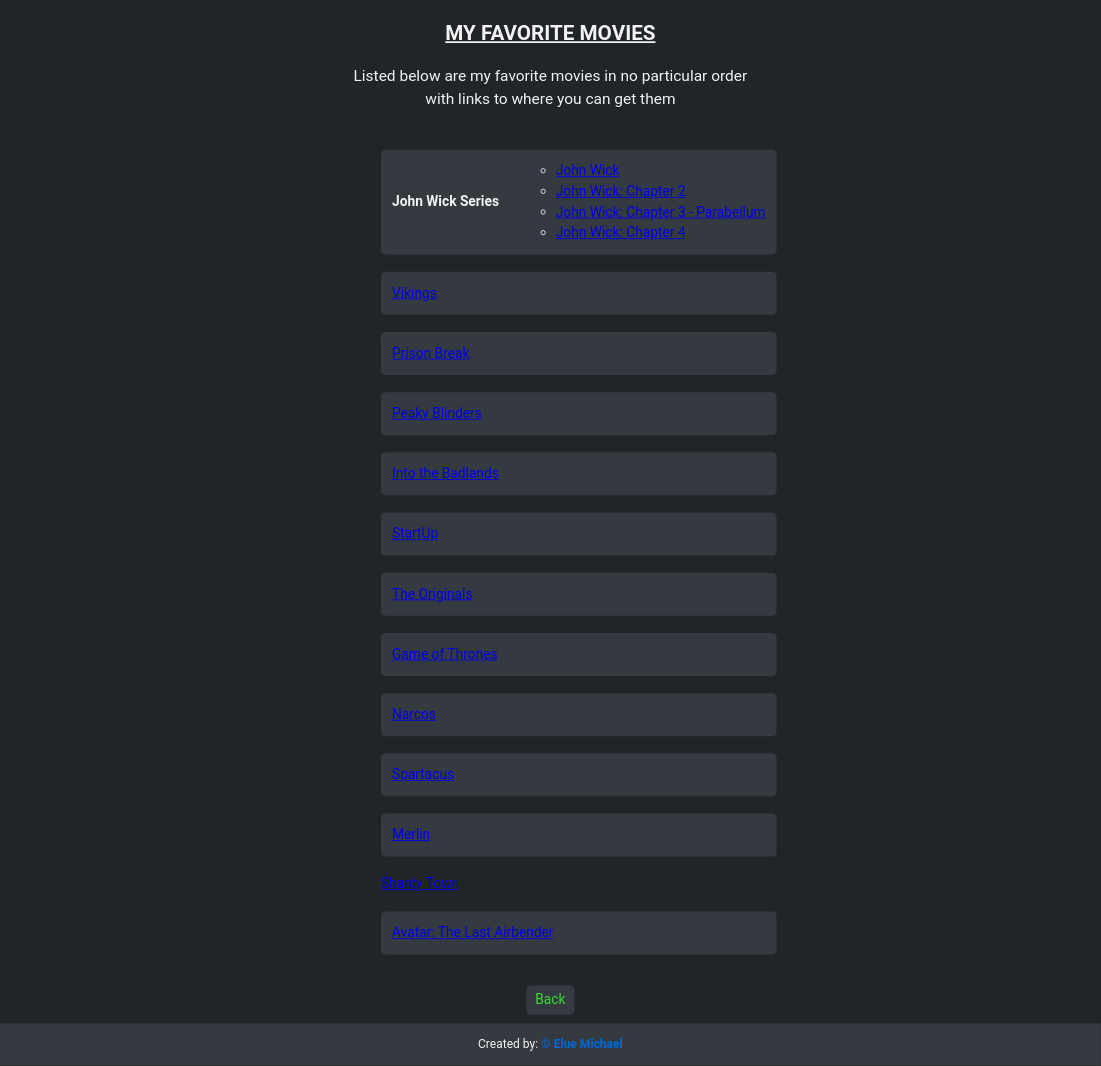
Repository: MikkyPrestige/html-website
Page: pages/movies.html
These files come from the project's save history. The page is drawn as it stood at one moment and after the next save; the edit follows.
The browser window is 1280 px wide. The pictures show the whole page, at 86% of full size.

Above is the page before, as saved 2023-04-29 13:58:48.

### pages/movies.html
<!DOCTYPE html>
<html lang="en">

<head>
  <meta charset="UTF-8">
  <meta http-equiv="X-UA-Compatible" content="IE=edge">
  <meta name="viewport" content="width=device-width, initial-scale=1.0">
  <title>Movies</title>
  <link rel="stylesheet" href="../index.css">
</head>

<body>
  <main class="main">
    <section class="section">
      <div class="fav">
        <h1 class="fav-heading"><u>My Favorite Movies</u></h1>
        <p class="fav-subheading">Listed below are my favorite movies in no particular order with links to where you can
          get them</p>
      </div>
      <ul class="movie-lists">
        <li class="movie-list"><strong>John Wick Series</strong>
          <ul class="list--lists">
            <li class="lists-item">
              <a href="https://www.imdb.com/title/tt2911666/?ref_=fn_al_tt_2" target="_blank" class="movie-link">John
                Wick</a>
            </li>
            <li class="lists-item">
              <a href="https://www.imdb.com/title/tt4425200/?ref_=fn_al_tt_3" target="_blank" class="movie-link">John
                Wick: Chapter 2</a>
            </li>
            <li class="lists-item">
              <a href="https://www.imdb.com/title/tt6146586/?ref_=fn_al_tt_4" target="_blank" class="movie-link">John
                Wick: Chapter 3 -
                Parabellum</a>
            </li>
            <li class="lists-item">
              <a href="https://www.imdb.com/title/tt10366206/?ref_=fn_al_tt_1" target="_blank" class="movie-link">John
                Wick: Chapter 4</a>
            </li>
          </ul>
        </li>
        <li class="movie-list">
          <a href="https://www.imdb.com/title/tt4620502/?ref_=ttpl_ov" target="_blank" class="movie-link">Vikings</a>
        </li>
        <li class="movie-list">
          <a href="https://www.imdb.com/title/tt0455275/?ref_=fn_al_tt_1" target="_blank" class="movie-link">Prison
            Break</a>
        </li>
        <li class="movie-list">
          <a href="https://www.imdb.com/title/tt2442560/?ref_=tt_sims_tt_i_1" target="_blank" class="movie-link">Peaky
            Blinders</a>
        </li>
        <li class="movie-list">
          <a href="https://www.imdb.com/title/tt3865236/?ref_=nv_sr_srsg_1_tt_7_nm_0_q_into%2520the%2520bad"
            target="_blank" class="movie-link">Into the Badlands</a>
        </li>
        <li class="movie-list">
          <a href="https://www.imdb.com/title/tt5028002/?ref_=fn_al_tt_1" target="_blank" class="movie-link">StartUp</a>
        </li>
        <li class="movie-list">
          <a href="https://www.imdb.com/title/tt2632424/?ref_=tt_mv_close" target="_blank" class="movie-link">The
            Originals</a>
        </li>
        <li class="movie-list">
          <a href="https://www.imdb.com/title/tt0944947/?ref_=tt_sims_tt_i_4" target="_blank" class="movie-link">Game of
            Thrones</a>
        </li>
        <li class="movie-list">
          <a href="https://www.imdb.com/title/tt2707408/" target="_blank" class="movie-link">Narcos</a>
        </li>
        <li class="movie-list">
          <a href="https://www.imdb.com/title/tt1442449/?ref_=nv_sr_srsg_0_tt_7_nm_1_q_Spartacus" target="_blank"
            class="movie-link">Spartacus</a>
        </li>
        <li class="movie-list">
          <a href="https://www.imdb.com/title/tt1199099/?ref_=nv_sr_srsg_0_tt_2_nm_6_q_Merlin"
            target="_blank">Merlin</a>
        </li class="movie-list">
        <a href="https://www.imdb.com/title/tt22099034/?ref_=nv_sr_srsg_0_tt_8_nm_0_q_shanty%2520town" target="_blank"
          class="movie-link">Shanty Town</a>
        </li>
        <li class="movie-list">
          <a href="https://www.imdb.com/title/tt0417299/?ref_=nv_sr_srsg_0_tt_7_nm_1_q_Avatar%2520the%2520last"
            target="_blank" class="movie-link">Avatar: The Last Airbender</a>
        </li>
      </ul>
      <div class="back">
        <a href="../index.html" class="back-link">Back</a>
      </div>
    </section>
    <footer class="footer">
      <p class="footer-text">Created by: <a href="#" target="_blank" class="footer-link">
          &copy; <strong>Elue Michael</strong>
        </a>
      </p>
    </footer>
  </main>
</body>

</html>

### index.css
body {
  background-color: #212529;
  font-family: 'Roboto', sans-serif;
  font-size: 16px;
  font-weight: 400;
  line-height: 1.5;
  color: #f3f3f3;
  text-align: left;
  margin: 0;
  padding: 0;
  width: 100%;
  height: 100vh;
}

.main {
  display: flex;
  flex-direction: column;
  justify-content: space-between;
  align-items: center;
  height: 100%;
}

.section {
  display: flex;
  flex-direction: column;
  justify-content: center;
  align-items: center;
  width: 100%;
}

.btn {
  background-color: #007bff;
  padding: 5px;
  border-radius: 5px;
  transition: all .15s ease-in-out;
  border: none;
  outline: none;
  margin: -20px 0 50px 0;
}

.btn:hover {
  background-color: #0069d9;
}

.btn-link {
  color: #f3f3f3;
  font-size: 14px;
  text-decoration: none;
  cursor: pointer;
}

.section1 {
  display: flex;
  flex-direction: column;
  justify-content: center;
  align-items: center;
}

.section1-header {
  font-size: 24px;
  font-weight: 700;
  margin-bottom: 5px;
  text-transform: uppercase;
}

.section1-content {
  display: flex;
  justify-content: space-around;
  align-items: center;
  width: 100%;
}

.section1-text {
  font-size: 18px;
  font-weight: 400;
}

.section1-link,
.section1-link:link,
.section1-link:visited {
  color: #0069d9;
  text-decoration: none;
  cursor: pointer;
}

.section1-link:hover {
  text-decoration: underline;
  color: #f3f3f3;
}

/* BOOKS CSS */
.fav {
  display: flex;
  flex-direction: column;
  justify-content: center;
  align-items: center;
}

.fav-heading {
  font-size: 24px;
  font-weight: 700;
  margin-bottom: 0px;
  text-transform: uppercase;
}

.fav-subheading {
  font-size: 18px;
  font-weight: 400;
  margin-bottom: 30px;
  width: 65%;
  text-align: center;
}

.books-lists {
  display: flex;
  flex-direction: column;
  justify-content: center;
  align-items: center;
  gap: 20px;
  list-style: none;
}

.books-item {
  width: 100%;
  max-width: 500px;
  padding: 13px;
  border-radius: 5px;
  background-color: #343a40;
}

.books-item:hover {
  background-color: #212529;
}

.books-link,
.books-link:link,
.books-link:visited {
  color: #f3f3f3;
  text-decoration: none;
  cursor: pointer;
}

.books-link:hover {
  text-decoration: underline;
}

.movie-lists {
  display: flex;
  flex-direction: column;
  justify-content: center;
  gap: 20px;
  list-style: none;
}

.movie-list {
  display: flex;
  justify-content: space-between;
  align-items: center;
  width: 100%;
  max-width: 500px;
  padding: 13px;
  border-radius: 5px;
  background-color: #343a40;
}










.back {
  margin: 20px 0 10px 0;
  padding: 5px 10px;
  border-radius: 5px;
  background-color: #343a40;
}

.back:hover {
  background-color: #212529;
}

.back-link {
  color: #3dd638;
  text-decoration: none;
  cursor: pointer;
}

.back-link:hover {
  text-decoration: underline;
}

.footer {
  display: flex;
  justify-content: center;
  align-items: center;
  width: 100%;
  height: 50px;
  background-color: #343a40;
}

.footer-text {
  font-size: 14px;
  font-weight: 400;
  color: #f3f3f3;
}

.footer-link {
  color: #0069d9;
  text-decoration: none;
  cursor: pointer;
}

After the next save:
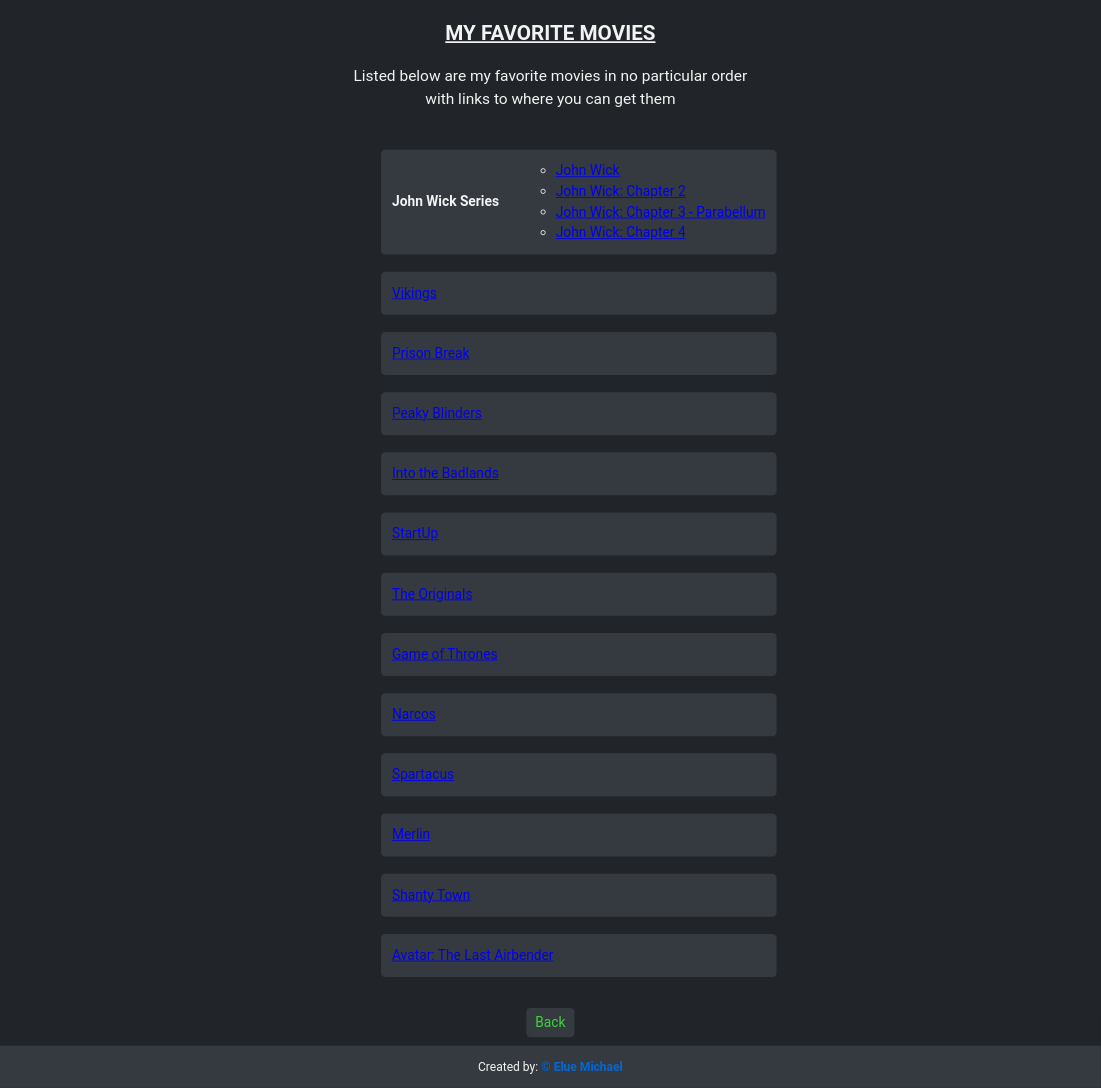
Saved 74 s later.
--- a/pages/movies.html
+++ b/pages/movies.html
@@ -75,7 +75,8 @@
         <li class="movie-list">
           <a href="https://www.imdb.com/title/tt1199099/?ref_=nv_sr_srsg_0_tt_2_nm_6_q_Merlin"
             target="_blank">Merlin</a>
-        </li class="movie-list">
+        </li>
+        <li class="movie-list">
         <a href="https://www.imdb.com/title/tt22099034/?ref_=nv_sr_srsg_0_tt_8_nm_0_q_shanty%2520town" target="_blank"
           class="movie-link">Shanty Town</a>
         </li>
